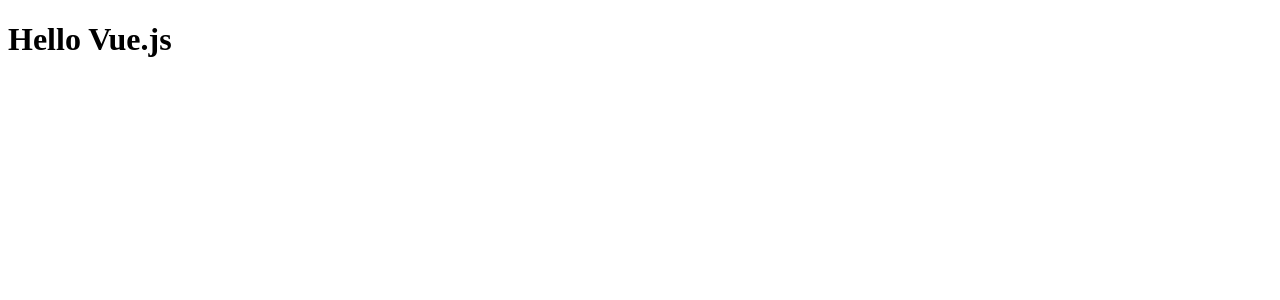
Repository: arione15/Livre_Serrion-Vue.js
Page: index.html
These files come from the project's save history. The page is drawn as it stood at one moment and after the next save; the edit follows.
The browser window is 1280 px wide. The pictures show the whole page.

Above is the page before, as saved 2021-09-06 11:52:06.

After the next save:
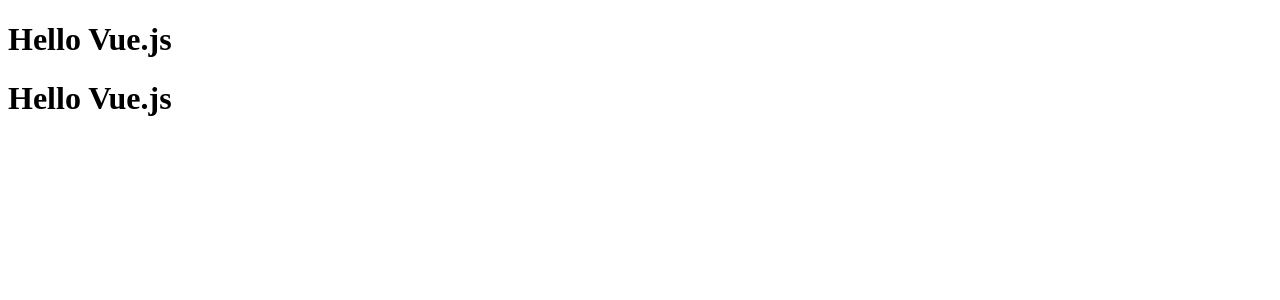
Saved 5 s later.
--- a/index.html
+++ b/index.html
@@ -18,6 +18,7 @@
     const vm = new Vue({
         el: "div#root",
         template: `<div>
+            <h1> {{display_header()}} </h1>
             <h1> {{display_header()}} </h1>
 
         `,
